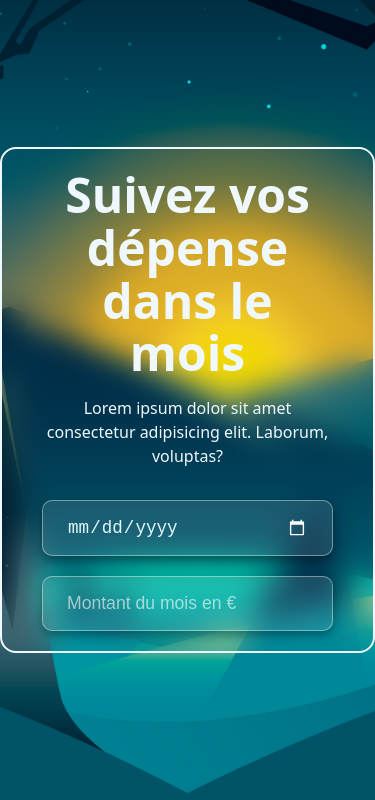
Repository: Alexandre74739/depense-react
Page: /
The author's editor kept a copy of each file at every save. The page is drawn from the files as they stood at one save, then again after the next save.
The browser window is 375 px wide. The pictures show the whole page.
The project was rebuilt for these pictures with package versions that can differ from the ones it lists, and the page was loaded fresh each time. Also part of the build but not shown: vite.config.js.

Above is the page before, as saved 2025-11-21 19:31:22.

After the next save:
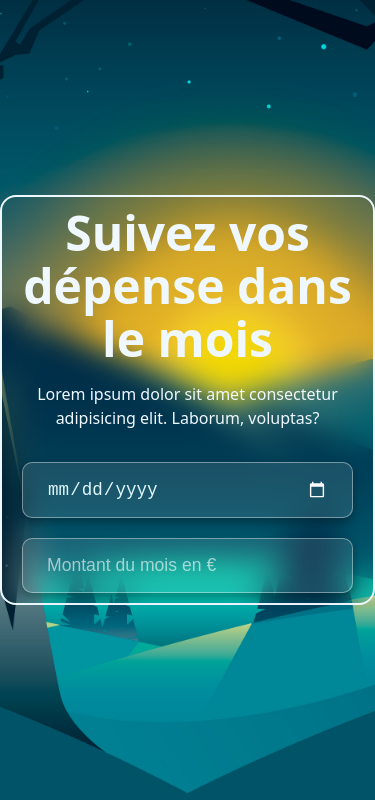
Saved 16 s later.
--- a/src/App.css
+++ b/src/App.css
@@ -26,3 +26,9 @@ body {
     margin: 0;
   }
 }
+
+@media (max-width: 400px) {
+  .container {
+    padding: 10px 20px;
+  }
+}
